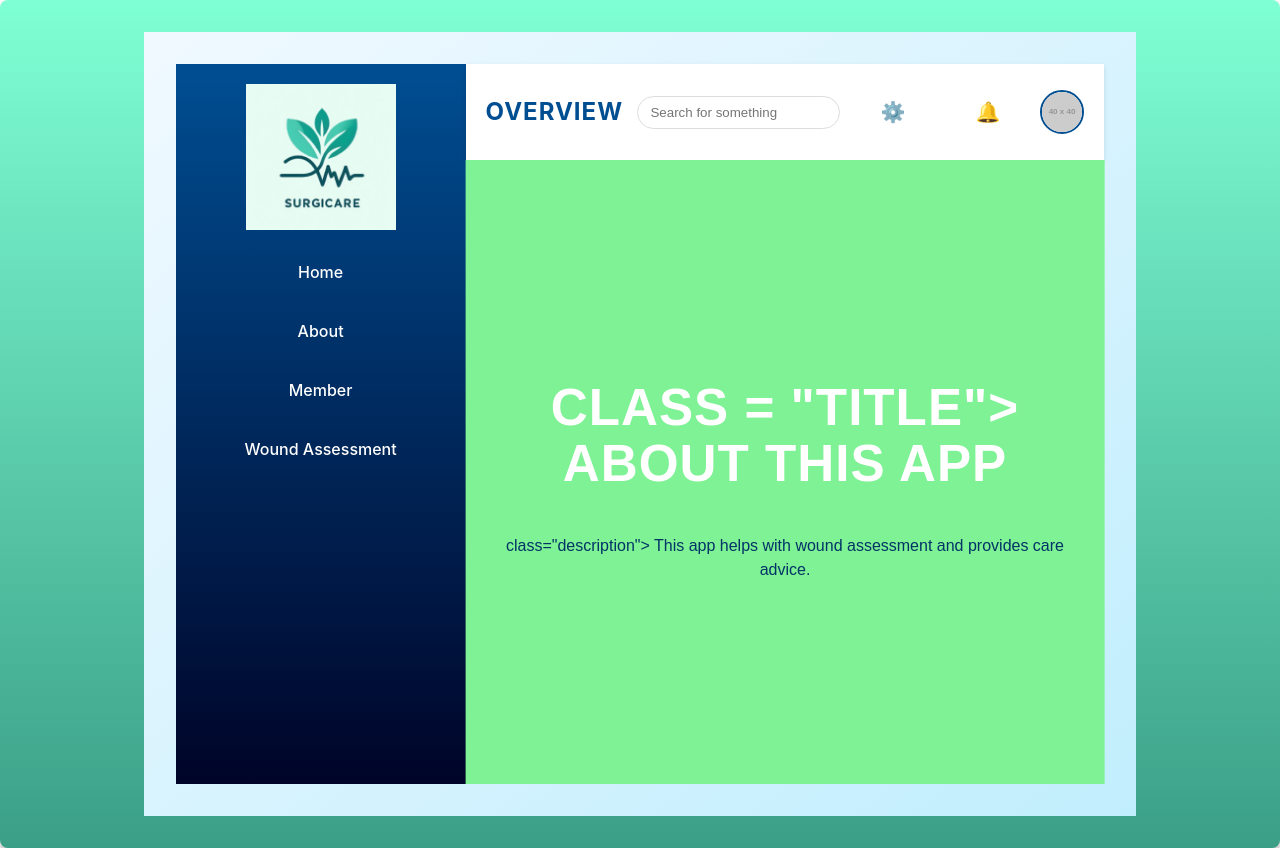
Repository: Jinwoo290350/Surgicare-Vue
Page: /about (app in surgicare/)
An editor plug-in stored every save of this project. The page is shown before and after the next save, followed by the edit.
The browser window is 1280 px wide. The pictures show the whole page.
The project was rebuilt for these pictures with package versions that can differ from the ones it lists, and the page was loaded fresh each time. Also part of the build but not shown: surgicare/vite.config.js, surgicare/src/views/Home.vue, surgicare/src/views/Member.vue, surgicare/src/components/WoundAssessment.vue.

Above is the page before, as saved 2024-12-30 14:08:11.
Console error: TypeError: Cannot read properties of null (reading 'getContext')

After the next save:
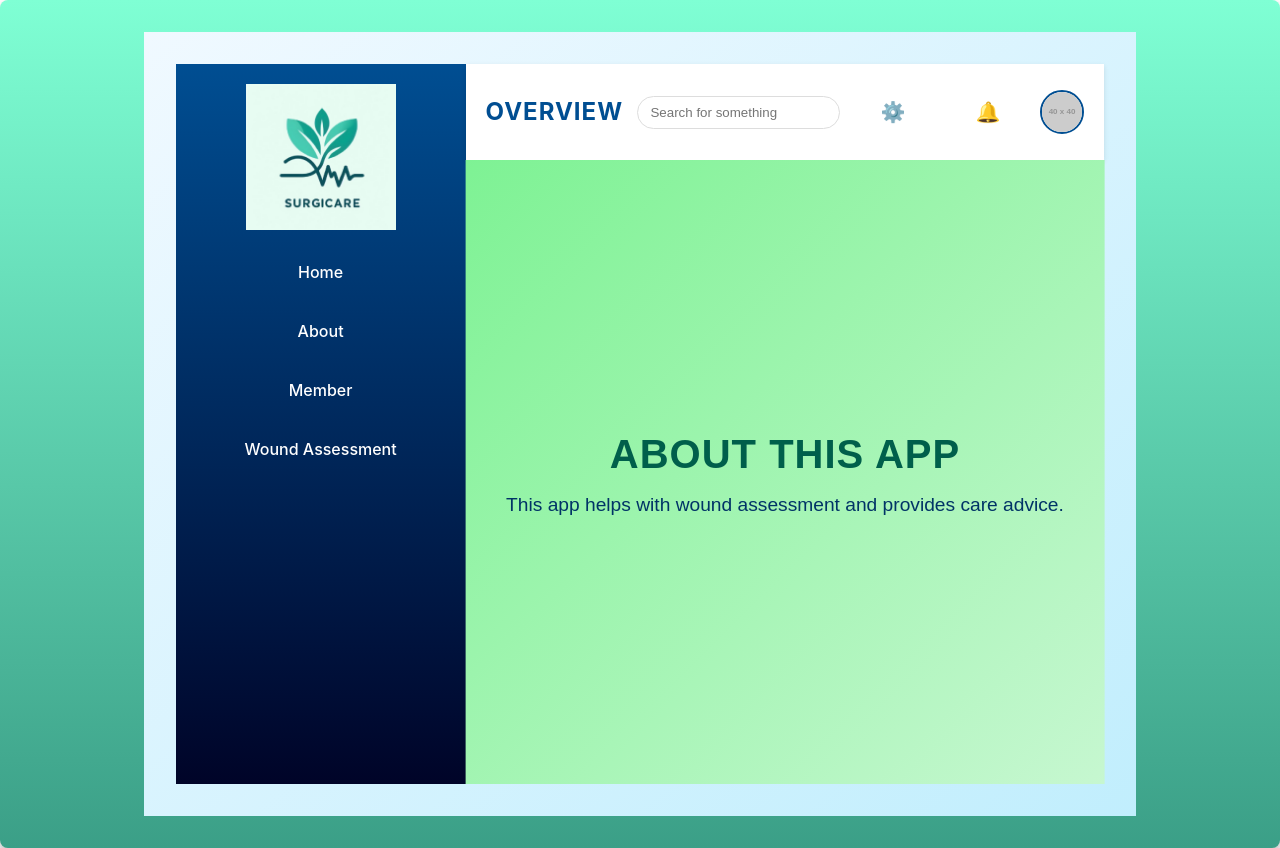
Saved 2 min 1 s later.
--- a/surgicare/src/views/About.vue
+++ b/surgicare/src/views/About.vue
@@ -1,14 +1,14 @@
 <template>
-    <div class="about">
-      <h1> class = "title"> About This App</h1>
-      <p> class="description"> This app helps with wound assessment and provides care advice.</p>
-    </div>
-  </template>
+  <div class="about">
+    <h1 class="title">About This App</h1>
+    <p class="description">This app helps with wound assessment and provides care advice.</p>
+  </div>
+</template>
 
-  <script>
-  export default {
-    name: "About",
-  };
+<script>
+export default {
+  name: "About",
+};
 </script>
 
 <style scoped>
@@ -17,13 +17,13 @@
   flex-direction: column;
   align-items: center;
   justify-content: center;
-  position: absolute; /* Ensure it covers the entire viewport */
+  position: absolute; /* Center content absolutely */
   top: 50%;
   left: 50%;
-  transform: translate(-50%, -50%); /* Center content perfectly */
+  transform: translate(-50%, -50%); /* Translate to perfect center */
   width: 100%;
   height: 100%;
-  background: linear-gradient(to bottom right, #7ef294, #7ef294);
+  background: linear-gradient(to bottom right, #7ef294, #c6f7d0);
   color: #003366;
   font-family: 'Arial', sans-serif;
   text-align: center;
@@ -35,11 +35,13 @@
   font-size: 2.5rem;
   font-weight: bold;
   margin-bottom: 15px;
+  color: #005f4b; /* Darker green for the title */
 }
 
 .description {
   font-size: 1.2rem;
   font-weight: 300;
   margin-top: 0;
+  color: #003366; /* Slightly darker for better readability */
 }
 </style>
